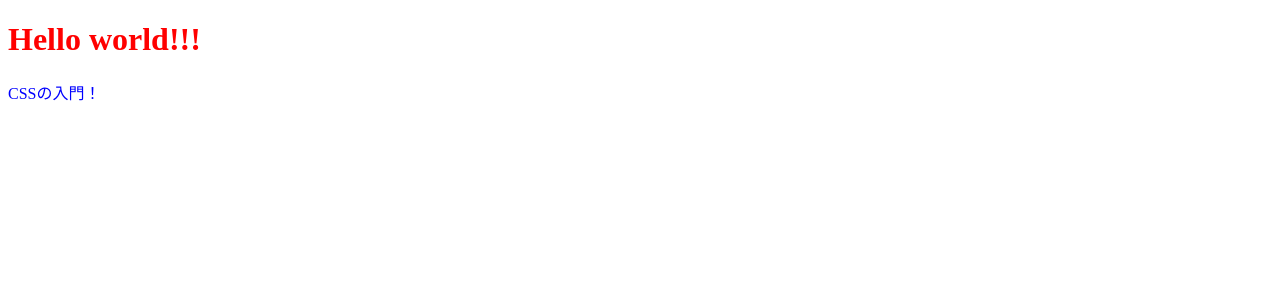
Repository: shimada-ryusuke/sample2
Page: html/css_intro.html
The author's editor kept a record of every edit. The page is drawn from the files as they stood at one moment, then again after the next edit.
The browser window is 1280 px wide. The pictures show the whole page.

Above is the page before.

### html/css_intro.html
<!DOCTYPE HTML>
<html>
<head>
  <meta charset="UTF-8" />
  <title>TECH BOOST</title>

  <style>
   #title {
  color: red;
}

.description {
  color: blue;
}
  </style>
</head>
  <body>
    <h1 id="title">Hello world!!!</h1>
    <p class="description">CSSの入門！</p>
  </body>
</html>

### html/css/style.css
#title {
  color: red;
}

.description {
  color: blue;
}

After the next edit:
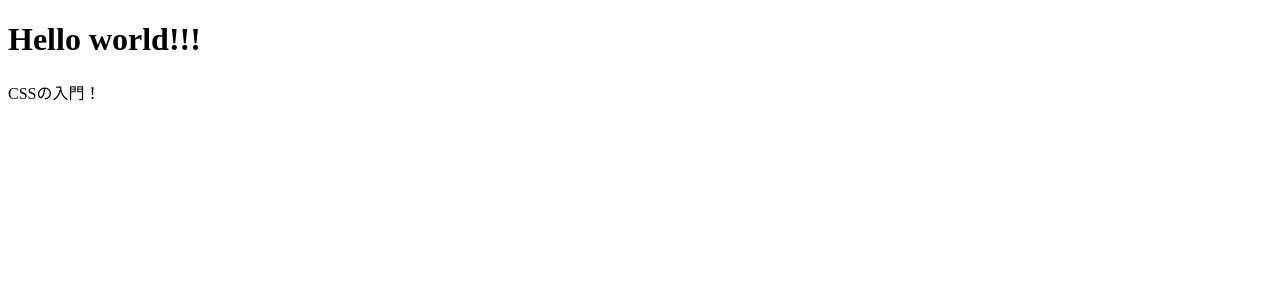
The edit:
--- a/html/css_intro.html
+++ b/html/css_intro.html
@@ -5,13 +5,7 @@
   <title>TECH BOOST</title>
 
   <style>
-   #title {
-  color: red;
-}
 
-.description {
-  color: blue;
-}
   </style>
 </head>
   <body>

After the edit that followed:
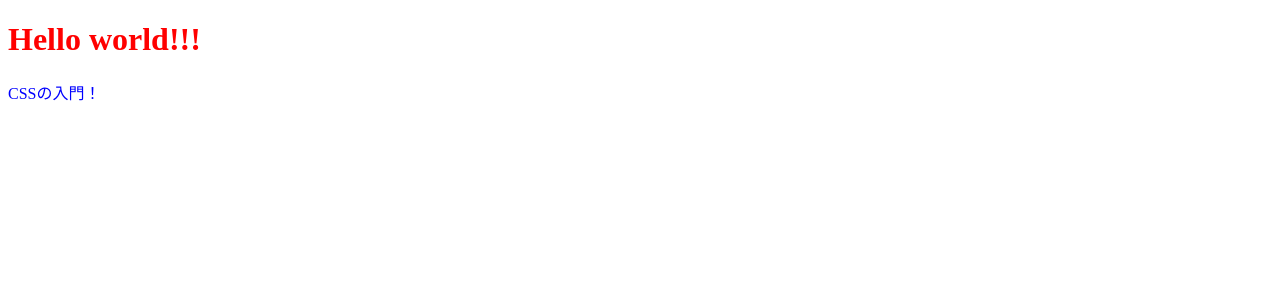
The edit:
--- a/html/css_intro.html
+++ b/html/css_intro.html
@@ -3,10 +3,7 @@
 <head>
   <meta charset="UTF-8" />
   <title>TECH BOOST</title>
-
-  <style>
-
-  </style>
+  <link rel="stylesheet" href="css/style.css">
 </head>
   <body>
     <h1 id="title">Hello world!!!</h1>
